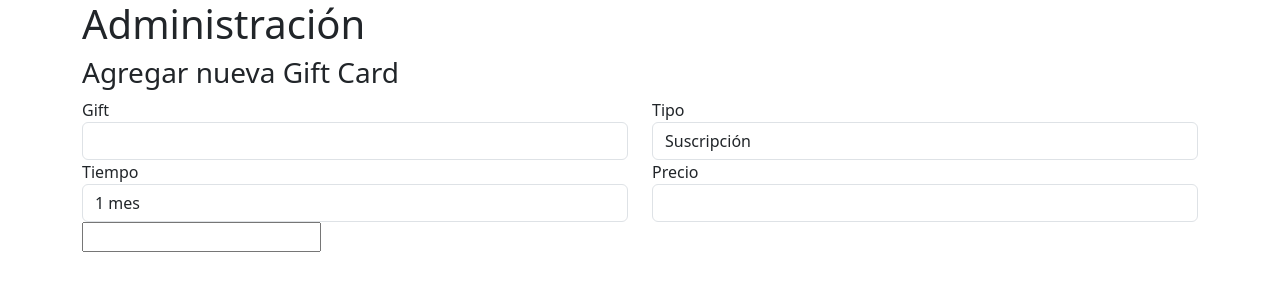
Repository: pedro-donoso/vanilla-js
Page: index.html
An editor plug-in stored every save of this project. The page is shown before and after a run of saves, followed by the edit.
The browser window is 1280 px wide. The pictures show the whole page.

Above is the page before, as saved 2024-01-31 13:36:56.
Console error: SyntaxError: Unexpected identifier 'assert'

### index.html
<!doctype html>
<html lang="es">

<head>
    <meta charset="utf-8">
    <meta name="viewport" content="width=device-width, initial-scale=1">
    <title>CRUD JavaScript</title>
    <link href="https://cdn.jsdelivr.net/npm/bootstrap@5.3.2/dist/css/bootstrap.min.css" rel="stylesheet"
        integrity="sha384-T3c6CoIi6uLrA9TneNEoa7RxnatzjcDSCmG1MXxSR1GAsXEV/Dwwykc2MPK8M2HN" crossorigin="anonymous">
</head>

<body>

    <div class="container">
        <div class="row">
            <div class="col">
                <h1>Administración</h1>
            </div>
        </div>
        <div class="row">
            <div class="col">
                <h3>Agregar nueva Gift Card</h3>
                <form>
                    <div class="row">
                        <div class="col">
                            <label>Gift</label>
                            <input type="text" class="form-control" id="gift" required>
                        </div>
                        <div class="col">
                            <label>Tipo</label>
                            <select id="tipo" class="form-control">
                                <option value="suscripcion">Suscripción</option>
                                <option value="compra">Compra</option>
                            </select>
                        </div>
                    </div>
                    <div class="row">
                        <div class="col">
                            <label>Tiempo</label>
                            <select id="tiempo" class="form-control">
                                <option value="1 mes">1 mes</option>
                                <option value="3 meses">3 meses</option>
                                <option value="6 meses">1 meses</option>
                            </select>
                        </div>
                        <div class="col">
                            <label>Precio</label>
                            <input type="number" class="form-control" id="precio" required>
                        </div>
                    </div>
                    <div class="row">
                        <div class="col">
                            <input type="text" name="" id="">
                        </div>
                    </div>
                </form>
            </div>
        </div>
    </div>


    <script src="https://cdn.jsdelivr.net/npm/bootstrap@5.3.2/dist/js/bootstrap.bundle.min.js"
        integrity="sha384-C6RzsynM9kWDrMNeT87bh95OGNyZPhcTNXj1NW7RuBCsyN/o0jlpcV8Qyq46cDfL"
        crossorigin="anonymous"></script>

        <script src="./js/app.js" type="module"></script>

</body>

</html>

### js/app.js
import datos from '../data/data.json' assert{type:"json"};
import {Gift} from './clases'

After the next 4 saves:
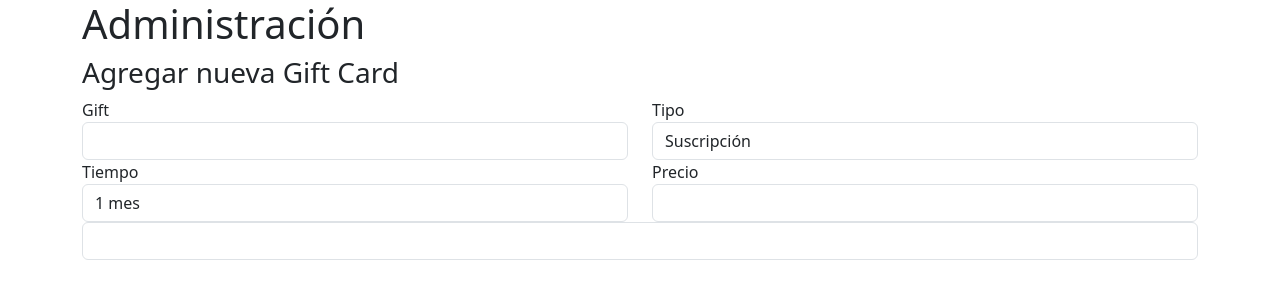
The 4 saves are shown as one change because they came seconds apart.
The last was saved 28 s later.
--- a/index.html
+++ b/index.html
@@ -50,7 +50,7 @@
                     </div>
                     <div class="row">
                         <div class="col">
-                            <input type="text" name="" id="">
+                            <input type="text" class="form-control" id="">
                         </div>
                     </div>
                 </form>
